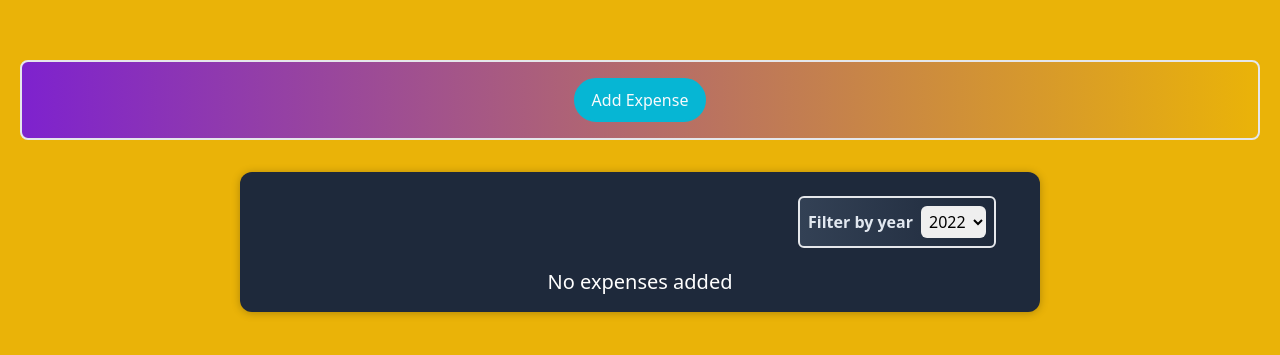
Repository: Sef24/expense-tracker
Page: /
The author's editor kept a copy of each file at every save. The page is drawn from the files as they stood at one save, then again after the next save.
The browser window is 1280 px wide. The pictures show the whole page.
The project was rebuilt for these pictures with package versions that can differ from the ones it lists, and the page was loaded fresh each time. Also part of the build but not shown: src/components/ExpenseItem.css, src/components/ExpenseDate.css, src/components/ExpenseDate.js, src/components/ExpenseItem.js, src/components/NewExpense/NewExpense.css, src/components/NewExpense/ExpenseForm.css, src/components/NewExpense/ExpenseForm.js.

Above is the page before, as saved 2022-05-03 20:29:05.

After the next save:
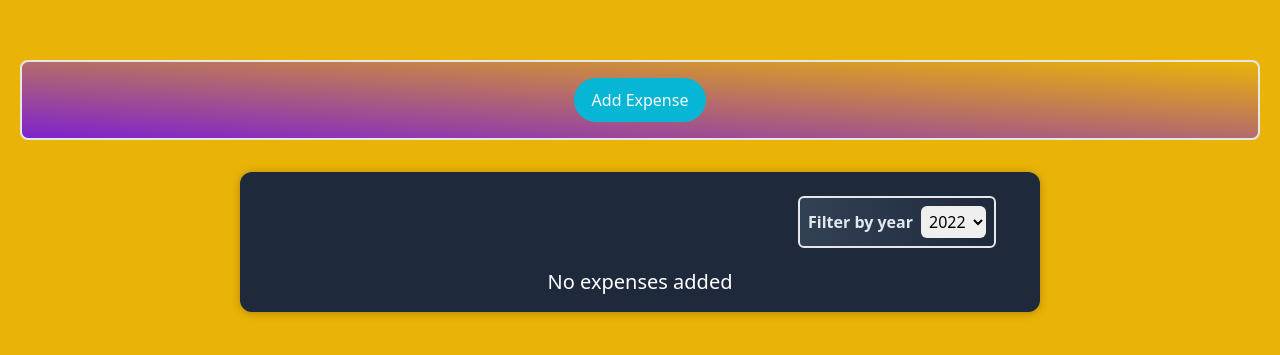
Saved 9 s later.
--- a/src/components/NewExpense/NewExpense.js
+++ b/src/components/NewExpense/NewExpense.js
@@ -28,7 +28,7 @@ function NewExpense(props) {
     <div className="flex flex-col sm:flex-row m-5 justify-between items-center h-auto rounded-lg">
       <div
         className="flex flex-grow justify-evenly w-full p-4 mt-10 items-center  border-2
-        bg-gradient-to-r from-purple-700 ... px-10 rounded-lg "
+        bg-gradient-to-tr from-purple-700 ... px-10 rounded-lg "
       >
         {!isEditing && (
           <button
